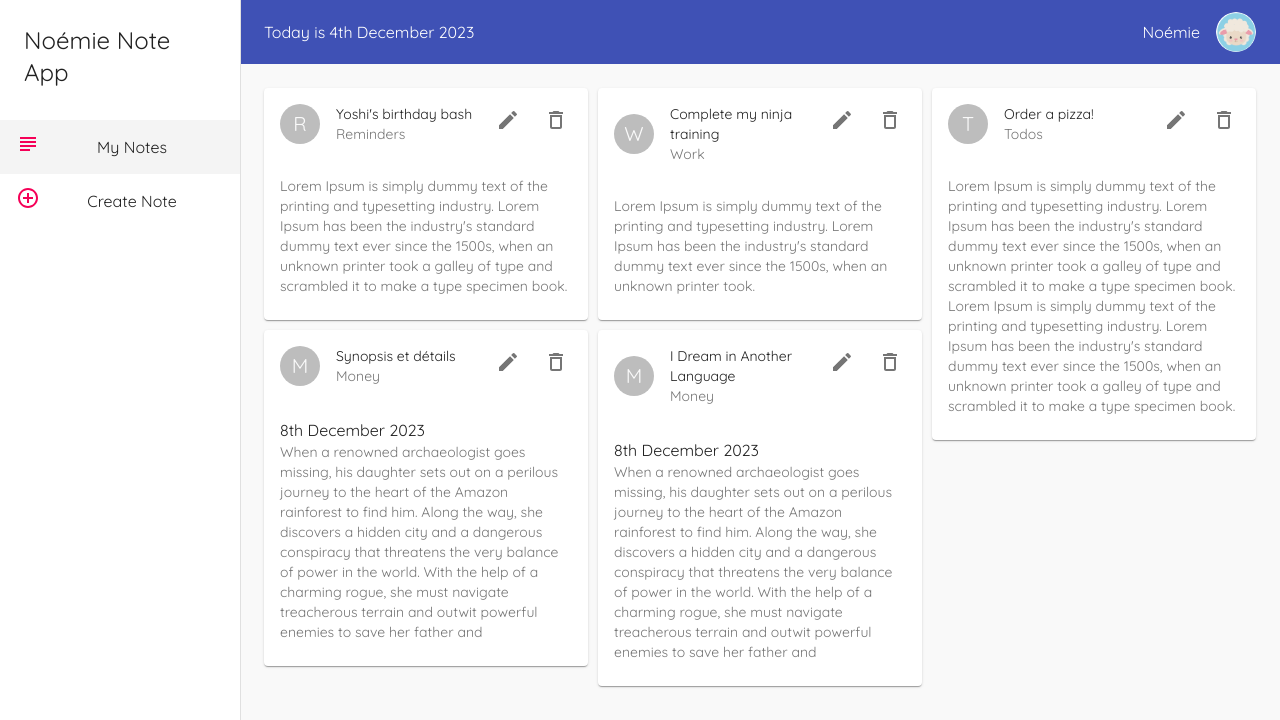
Repository: noemiepham/noemieblognote
Page: /
The author's editor kept a copy of each file at every save. The page is drawn from the files as they stood at one save, then again after the next save.
The browser window is 1280 px wide. The pictures show the whole page.
The project was rebuilt for these pictures with package versions that can differ from the ones it lists, and the page was loaded fresh each time. Requests to the local data server were answered from the project's data file. Also part of the build but not shown: src/pages/Create.js.

Above is the page before, as saved 2023-12-08 15:20:09.

After the next save:
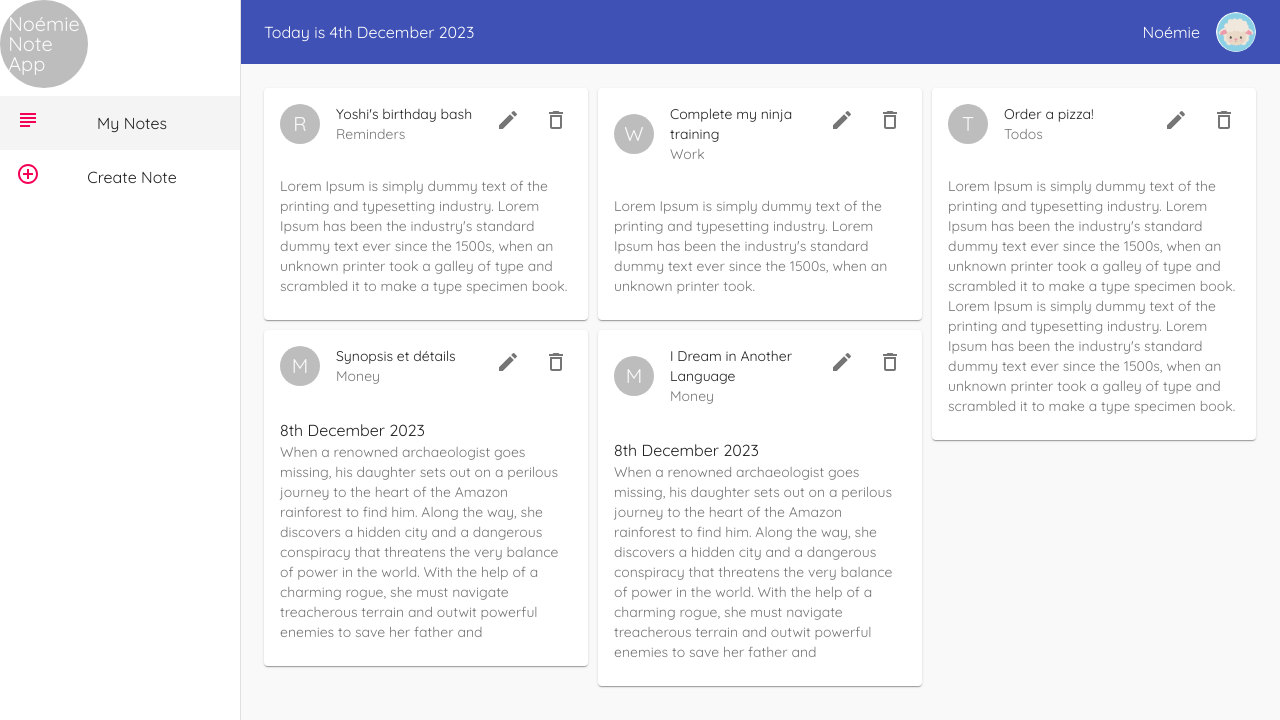
Saved 38 s later.
--- a/src/pages/Layout.js
+++ b/src/pages/Layout.js
@@ -80,11 +80,10 @@ function Layout() {
         classes={{ paper: classes.drawerPaper }}
       >
         <div>
-          <Typography variant="h5" className={classes.title}>
+          <Avatar variant="h5" className={classes.title}>
             Noémie Note App
-          </Typography>
+          </Avatar>
         </div>
-        {/*   List/list item */}
         <List>
           {menuItems.map((item) => (
             <ListItem
